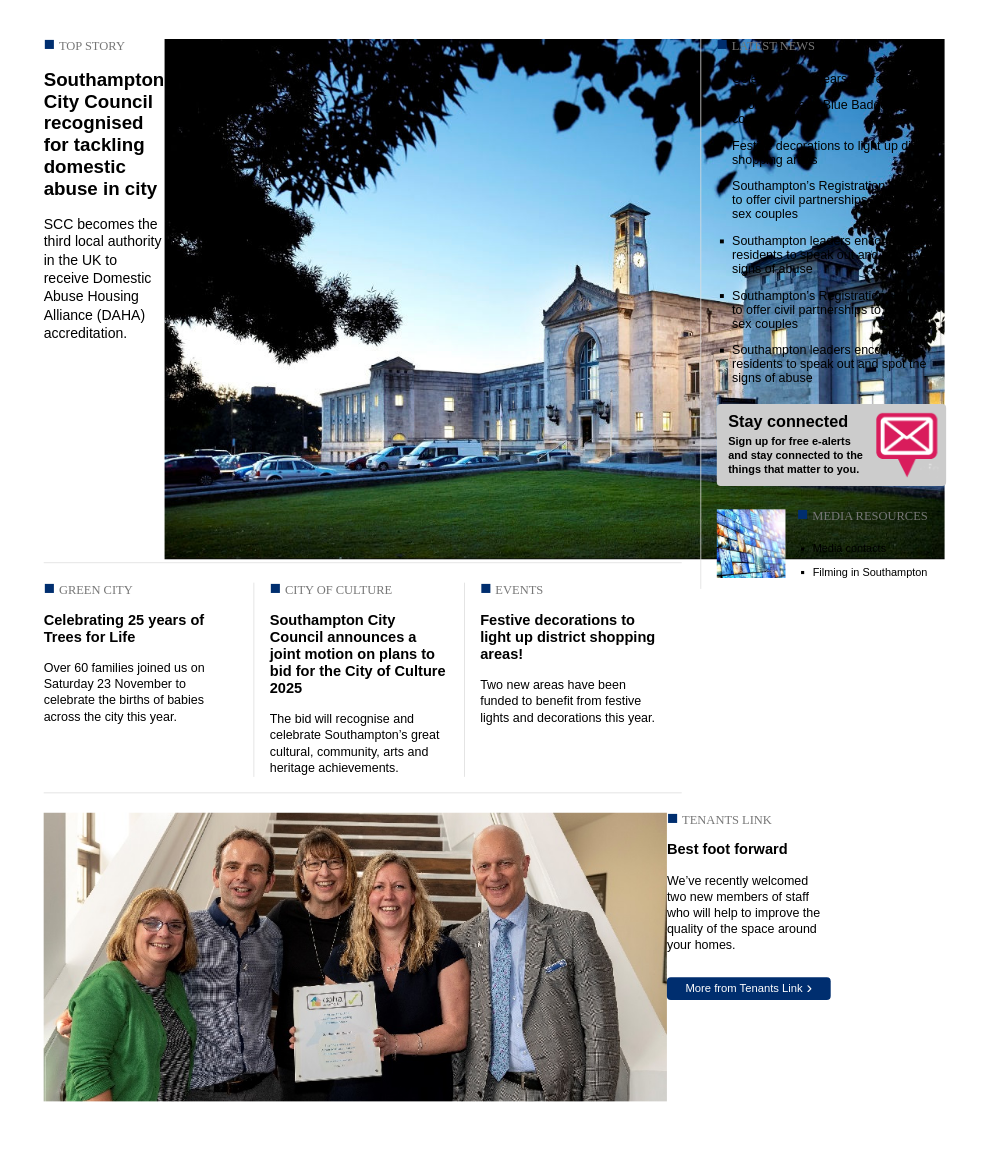
Repository: Domehead123/newspage
Page: news3.html
The author's editor kept a record of every edit. The page is drawn from the files as they stood at one moment, then again after the next edit.
The browser window is 1280 px wide. The pictures show the whole page, at 78% of full size.
Some web libraries are served in a nearby version.

Above is the page before.

### news3.html
<!DOCTYPE html>
<html lang="en">

<head>
    <meta charset="UTF-8">
    <meta name="viewport" content="width=device-width, initial-scale=1.0">
    <meta http-equiv="X-UA-Compatible" content="ie=edge">
    <script src="https://ajax.googleapis.com/ajax/libs/jquery/3.4.1/jquery.min.js"></script>

    <script src="https://kit.fontawesome.com/aae406265c.js" crossorigin="anonymous"></script>

    <link rel="stylesheet" href="news.css" type="text/css" />
    <title>News & Events</title>
</head>

<body>
    <div class="page-width">

        <div class="split-page">
            <div class="top-row">
                <div class="top-story">

                    <div class="subject-header">TOP STORY</div>


                    <h2><a href="#">
Southampton City Council recognised for tackling domestic abuse in city</a></h2>
                    <p><a href="#">SCC becomes the third local authority in the UK to receive Domestic Abuse Housing Alliance (DAHA) accreditation.</a></p>
                </div>

                <div class="top-story-image">
                    <a href="#"><img src="images/civic-centre-2.jpg"></a>
                </div>
            </div>


            <div class="middle-row">
                <div class="topic right-border">
                    <div class="subject-header ">GREEN CITY</div>

                    <h3><a href="#">
Celebrating 25 years of Trees for Life
 </a></h3>
                    <p><a href="#">Over 60 families joined us on Saturday 23 November to celebrate the births of babies across the city this year.</a></p>
                </div>
                <div class="topic right-border">
                    <div class="subject-header">CITY OF CULTURE</div>

                    <h3><a href="#">Southampton City Council announces a joint motion on plans to bid for the City of Culture 2025</a></h3>
                    <p><a href="#">The bid will recognise and celebrate Southampton’s great cultural, community, arts and heritage achievements.</a></p>
                </div>

                <div class="topic">
                    <div class="subject-header ">EVENTS</div>

                    <h3><a href="#">
Festive decorations to light up district shopping areas!
 </a></h3>
                    <p><a href="#">Two new areas have been funded to benefit from festive lights and decorations this year.</a></p>

                </div>

            </div>




            <div class="bottom-row">
                <div class="lower-image">
                    <a href="#"><img src="images/DAHA.jpg"></a>
                </div>
                <div class="tenants-container">
                    <div class="tenants">

                        <div class="subject-header ">TENANTS LINK</div>

                        <h3><a href="#">Best foot forward</a></h3>
                        <p><a href="#">We’ve recently welcomed two new members of staff who will help to improve the quality of the space around your homes. </a></p>

                    </div>
                    <p class="more"><a href="#">More from Tenants Link</a></p>
                </div>




            </div>




        </div>

        <div class="side-panel">

            <div class="latest-news">
                <div class="subject-header">LATEST NEWS</div>

                <ul>
                    <li><a href="#">Celebrating 25 years of Trees for Life</a></li>
                    <li><a href="#">Wrongful use of Blue Badge leads to conviction</a></li>
                    <li><a href="#">Festive decorations to light up district shopping areas</li>
                    <li><a href="#">Southampton’s Registration Services to offer civil partnerships to opposite sex couples</a></li>
                    <li><a href="#">Southampton leaders encourage residents to speak out and spot the signs of abuse</a></li>
                    <li><a href="#">Southampton’s Registration Services to offer civil partnerships to opposite sex couples</a></li>
                    <li><a href="#">Southampton leaders encourage residents to speak out and spot the signs of abuse</a></li>

                </ul>
            </div>
            <div class="connected">

                <a href="#"><img src="images/connected.png"></a>
                <h2><a href="#">Stay connected</a></h2>

                <p><a href="#">Sign up for free e-alerts and stay connected to the things that matter to you.</a></p>
            </div>

            <div class="media">
                <div class="media-image">
                    <img src="images/media2.jpg">
                </div>


                <div class="media-text">
                    <div class="subject-header ">MEDIA RESOURCES</div>

                    <ul>
                        <li><a href="# ">Media contacts</a></li>
                        <li><a href="# ">Filming in Southampton</a></li>

                    </ul>
                </div>

            </div>






        </div>






</body>

</html>

### news.css
/* REMOVE LEFT-HAND NAV */

.sidebar__content {
    display: none !important;
}

.page-body {
    left: 0 !important;
    width: 100% !important;
    font-size: 20px;
}

.page-width {
    max-width: 1168px;
    margin: 50px auto;
    padding: 0 25px;
}


/* GENERAL STYLING AND LINKS */

h2,
h3,
h4,
li,
p {
    font-family: "franklin-gothic-urw", sans-serif;
}


p {
    font-size: 18px;
    line-height: 130%;
}


a {
    color: #000;
    text-decoration: none;
    transition: 0.4s all;
}

.centre {
    margin: 0 auto;
}


.topic:hover a,
.top-story:hover a,
.tenants:hover a,
.latest-news a:hover,
.connected:hover a,
.more a:hover,
.media a:hover {
    text-decoration: underline;
}

.subject-header {
    color: #777;
}

.subject-header:before {
    content: "\25A0";
    line-height: 0;
    font-size: 1.5em;
    color: #002e6f;
    margin-right: 5px;
}

/* MAIN CONTENT */

.split-page {
    display: inline-block;
    vertical-align: top;
    width: 70%;
}


.split-page .latest-news {
    padding: 25px 0;
    display: none;
    border-bottom: 1px solid #ddd;
    margin-bottom: 0;
}

.top-row {
    display: flex;
    border-bottom: 1px solid #ddd;
}

.middle-row {
    clear: both;
    display: flex;
    flex-wrap: wrap;
    border-bottom: 1px solid #ddd;
    padding: 25px 0 20px 0;
}

.bottom-row {
    clear: both;
    display: flex;
    padding: 25px 0;
}

.top-story {
    margin: 0;
    box-sizing: border-box;
}

.top-story::after {
    content: "";
    clear: both;
    display: table;
}


.top-large-pic {
    display: block;
    margin: 0 0 20px 20px;
    height: 200px;
    float: right;
}

.top-small-pic {
    display: none;
    float: right;
    margin: 0 0 20px 20px;
    height: 100px;
}

.topic {
    width: 33%;
    padding: 0 20px;
    box-sizing: border-box;
    display: inline-block;
    vertical-align: top;
}

.right-border {}

.topic p {
    font-size: 16px;
    margin-bottom: 0;
}

.tenants p {
    font-size: 16px;
}

.topic:nth-child(1) {
    padding: 0 20px 0 0;
    border-right: 1px solid #ddd;
}

.topic:nth-child(2) {
    border-right: 1px solid #ddd;
}

.lower-stories {
    border-right: 1px solid #ddd;
}

.bottom-large-pic {
    height: 200px;
    margin-right: 20px;
    float: left;
}

.bottom-small-pic {
    display: none;
    float: right;
    margin: 0 0 20px 20px;
    height: 100px;
}

.tenants-container {
    margin-right: 20px;
    box-sizing: border-box;
    display: inline-block;
    vertical-align: top;
}

.more {
    font-size: 0.9em;
    background: #002e6f;
    width: 200px;
    padding: 5px;
    text-align: center;
    border-radius: 5px;
}

.tenants-container .more {
    float: left;
}

.more a {
    color: #fff;
}

.more::after {
    content: "\203A";
    color: #fff;
    font-size: 1.5em;
    line-height: 0;
    margin-left: 5px;
    position: relative;
    top: 1px;
}



/* SIDE PANEL */

.side-panel {
    display: inline-block;
    vertical-align: top;
    width: 27%;
    margin-left: 20px;
    border-left: 1px solid #ddd;
    padding-left: 20px;
    box-sizing: border-box;
}

.latest-news {
    margin-bottom: 1.5em;
}

.latest-news ul,
.media ul {
    padding: 0 0 0 20px;
    margin-top: 1.5em;
}

.latest-news ul li,
.media ul li {
    margin: 0 0 1em 0;
    font-size: 16px;
    list-style-type: square;
}

.extras {
    display: flex;
    flex-wrap: wrap;
}


.connected {
    background: #ccc;
    padding: 10px 10px 10px 15px;
    border-radius: 5px;
    margin-bottom: 30px;
    width: 100%;
    box-sizing: border-box;
}

.connected img {
    float: right;
    height: 85px;
    margin-left: 10px;
}

.connected h2 {
    font-size: 1.3em;
    margin: 0 0 5px 0;
}

.connected p {
    font-size: 14px;
    font-weight: bold;
    margin: 0;
}


.connected::after {
    content: "";
    clear: both;
    display: table;
}

.media {
    width: 100%;

}

.media img {
    float: left;
    width: 30%;
    margin-right: 15px;
}

.media ul {
    padding: 0 0 0 20px;
    margin-top: 1.5em;
    margin-bottom: 0;
    display: inline-block;
    box-sizing: border-box;
    width: 60%;
}

.media ul li {
    margin: 0 0 1em 0;
    list-style-type: square;
    font-size: 14px;
}

.extras {
    display: flex;
}


@media only screen and (max-width: 1000px) {
@media only screen and (max-width: 1150px) {
    .top-story-video {
        width: 100%;
    }



}
    .split-page {
        width: 100%;
    }

    .side-panel {
        width: 100%;
        border-left: 0;
        margin: 0;
        padding: 0;
    }

    .split-page .latest-news {
        display: block
    }

    .side-panel .latest-news {
        display: none;
    }

    .connected {
        width: 45%;
        margin-right: 25px;
        margin-bottom: 0;
    }

    .media {
        width: 45%;
        border: 1px solid #ddd;
        padding: 15px;
        border-radius: 5px;
        box-sizing: content-box;
    }

}


@media only screen and (max-width: 750px) {
    .top-large-pic {
        display: none;
    }

    .top-small-pic {
        display: block;
    }

    .bottom-large-pic {
        display: none;
    }

    .bottom-small-pic {
        display: block;
    }

    .tenants-container {
        margin-right: 0;
    }

    .tenants-container .more {
        float: none;
        margin: 10px auto;
        clear: both;
    }

}


@media only screen and (max-width: 660px) {
    .connected {
        width: 100%;
        margin-right: 0;
        margin-bottom: 25px;
    }

    .media {
        width: 100%;
    }

    .media img {
        height: 100px;
        width: auto;
    }



}


@media only screen and (max-width: 600px) {
    .topic {
        width: 100%;
    }

    .topic:nth-child(1) {
        padding: 0 0 25px 0;
        border-right: 0;
        border-bottom: 1px solid #ddd;
    }

    .topic:nth-child(2) {
        padding: 25px 0;
        border-right: 0;
        border-bottom: 1px solid #ddd;
    }

    .topic:nth-child(3) {
        padding: 25px 0 0 0;
    }


}



@media only screen and (max-width: 450px) {

    .top-small-pic,
    .bottom-small-pic {
        height: auto;
        width: 100%;
    }
}



@media only screen and (max-width: 400px) {

    .media img {
        display: none;
    }
}

After the next edit:
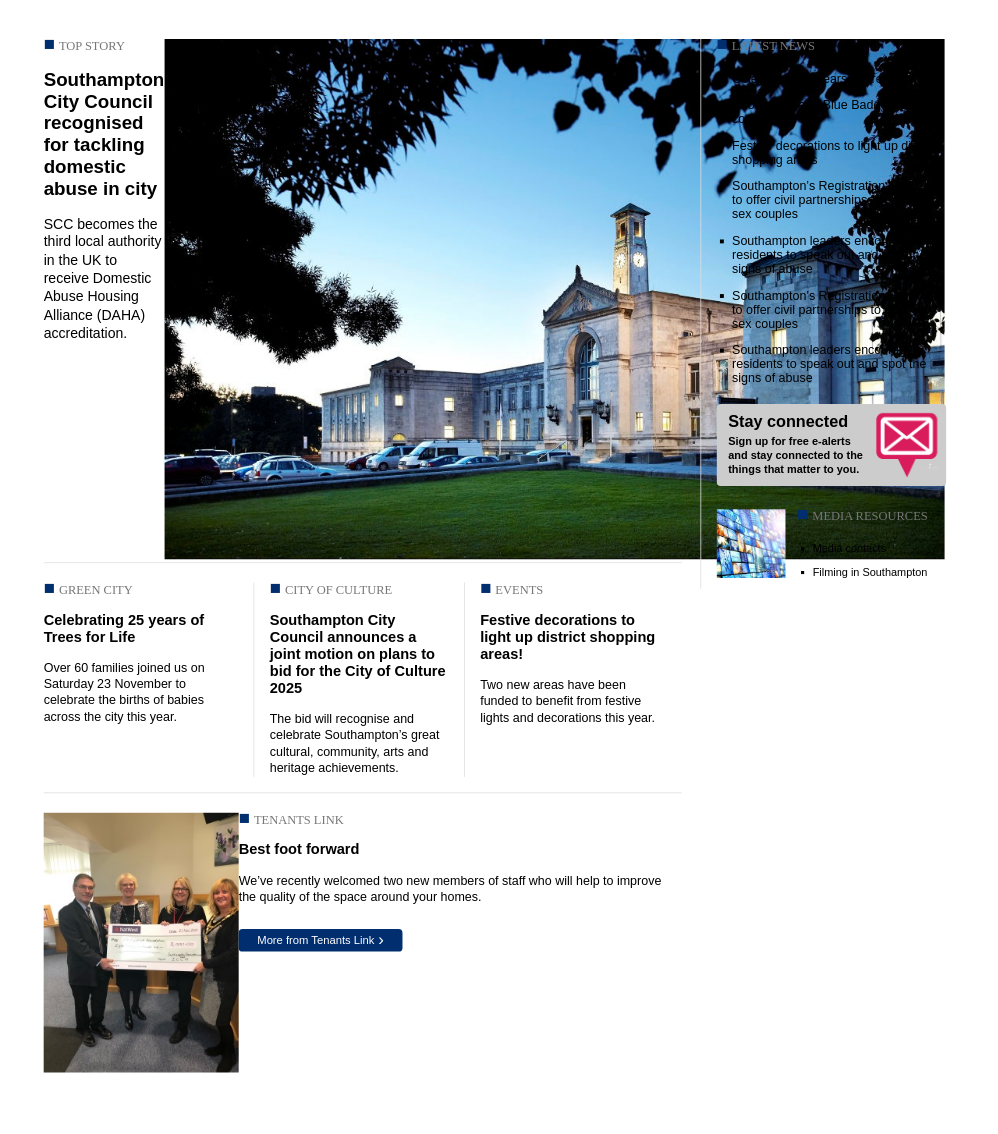
The edit:
--- a/news3.html
+++ b/news3.html
@@ -67,7 +67,7 @@
 
             <div class="bottom-row">
                 <div class="lower-image">
-                    <a href="#"><img src="images/DAHA.jpg"></a>
+                    <a href="#"><img src="images/lipstick.jpg"></a>
                 </div>
                 <div class="tenants-container">
                     <div class="tenants">
